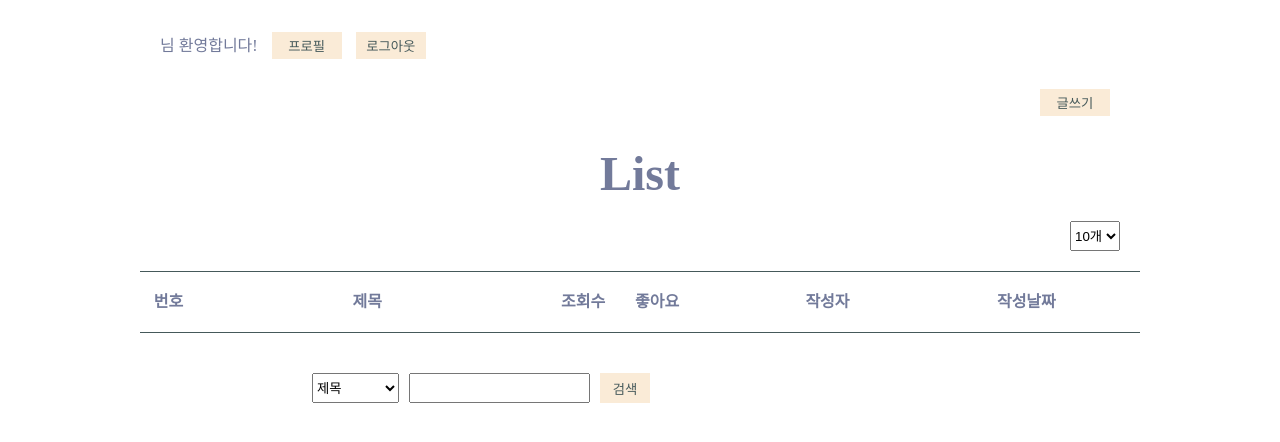
Repository: kayoyo/jsp
Page: http://localhost/BoardWeb_4/WEB-INF/jsp/board/list.jsp
An editor plug-in stored every save of this project. The page is shown before and after the next save, followed by the edit.
The browser window is 1280 px wide. The pictures show the whole page.
The page is served by Tomcat 9. Nobody is signed in. Other server files are loaded and not shown. The template is opened directly, without the code that normally fills it, so the values that code supplies are empty.

Above is the page before, as saved 2020-09-03 08:32:14.

### BoardWeb_4/WebContent/WEB-INF/jsp/board/list.jsp
<%@ page language="java" contentType="text/html; charset=UTF-8"
	pageEncoding="UTF-8"%>
<%@ page import="java.util.*"%>
<%@ page import="com.koreait.pjt.vo.BoardVO"%>
<%@ taglib uri="http://java.sun.com/jsp/jstl/core" prefix="c"%>
<!DOCTYPE html>
<html>
<head>
<meta charset="UTF-8">
<style>
* {
	margin: 0;
	padding: 0;
}

*:focus{
	outline:none;
}

a {
	text-decoration: none;
	color : #45595a;

}

.pageCnt {
	text-align: center;
	font-size: 20px;
	margin-top: 50px;

}

.container {
	width: 1000px;
	margin: 0 auto;
}

.nowP {
	color: pink;
}
.user_name { margin-top: 30px;
			margin-left: 20px;
			color : #727A9A;
}
div.user_write { display: flex;
				 justify-content: flex-end;
				 margin: 30px;
}
.logOutBtn {width: 70px; height: 27px;
			margin-left:10px;
			background-color: #faebd7;
			color: #45595a; border:none;
}
.writeBtn {width: 70px; height: 27px;
		   background-color: #faebd7;
		   color: #45595a; border:none;


}
.proBtn {width: 70px; height: 27px;
			margin-left:10px;
			background-color: #faebd7;
			color: #45595a; border:none;
}

.containerPImg {
		display: inline-block;
		width: 30px;
		height: 30px;
	    border-radius: 50%;
	    overflow: hidden;
	}

	.pImg {

		 object-fit: cover;
		  max-width:100%;
	}

#iiyo {color : pink; }

.highlight {color: red;}

.user {
		font-size : 1.5em;
		font-weight:bold;
		color: #45595a;
	}
.title {
		font-size : 3em;
		font-weight:bold;
		text-align: center;
		margin : 20px;
		color : #727A9A;
		}
#selFrm {
		display : flex;
		justify-content: flex-end;
		margin : 20px;
	}

form#searchCss { width : 500px;
				display : flex;
				justify-content: end;
				margin-top: 40px;
				margin-left: 10px;
}
select#searchCss1{ margin-right: 10px; height: 30px; }

input#searchCss2{ margin-right: 10px;}

input#searchCss3{ margin-left: 0;
				  width: 50px;
				  background-color: #faebd7;
		          color: #45595a; border:none
		          }
select.recodeCnt { height: 30px; }

table th, td {line-height : 60px;
		 		  border-collapse: collapse;
		 		  border-bottom: 1px solid #45595a;
				  border-top: 1px solid  #45595a;

}

table th {border-bottom: 1px solid #45595a;}

table { text-align: center;
	    color : #727A9A;
	    width : 1000px;
	    border-bottom: 1px solid #45595a;
		border-top: 1px solid  #45595a;
		border-collapse: collapse;
}


</style>

<title>리스트</title>
<link href="https://fonts.googleapis.com/icon?family=Material+Icons"
      rel="stylesheet">
</head>
<body>
	<div class="container">

		<div class="user_name">
		<span class="user">${loginUser.user_name}</span> 님 환영합니다!
		<a href="/profile"><button class="proBtn">프로필</button></a>
			<a href="/logout"><button class="logOutBtn">로그아웃</button></a>
		</div>
		<div class="user_write">
			<a href="/board/regmod"><button class="writeBtn">글쓰기</button></a>
		</div>
		<div class="title">List</div>
		<form id="selFrm" action="/board/list" method="get">
		<input type="hidden" name="page" value="1">
		<select name="record_cnt" onchange="changeRecord()" class="recodeCnt">
			<c:forEach begin="10" end="30" step="10" var="reItem">
				<c:choose>
					<c:when test="${recordCnt == reItem}">
						<option value="${reItem}" selected>${reItem}개</option>
					</c:when>
					<c:otherwise>
						<option value="${reItem}">${reItem}개</option>
					</c:otherwise>
				</c:choose>
			</c:forEach>
			</select>
			</form>
		<table>
			<tr>
				<th width=50>번호</th>
				<th width=300>제목</th>
				<th width=80>조회수</th>
				<th width=50>좋아요</th>
				<th width=50></th>
				<th width=150>작성자</th>
				<th width=200>작성날짜</th>
			</tr>
			<c:forEach items="${list}" var="liItem"><!--forEach items는 리스트 형태-->
				<tr onclick="moveToDetail(${liItem.i_board})">
					<td>${liItem.i_board}</td>
					<td>${liItem.title}</td>
					<td>${liItem.hits}</td>
					<td>${liItem.like_cnt}</td>
					<td>
					<div onclick="like(${liItem.like_cnt})">
			 			<c:if test = "${liItem.like_cnt == 0}">
             				<span class="material-icons" id="yadayo">thumb_up_alt</span></c:if>
			 			<c:if test = "${liItem.like_cnt == 1}">
			 				<span class="material-icons" id="iiyo">thumb_up_alt</span></c:if>
					</div>
					</td>
					<td>${liItem.user_nm}
					<div class="containerPImg">
					<c:choose>
						<c:when test="${liItem.profile_img != null}">
							<img class="pImg" src="/img/user/${liItem.i_user}/${liItem.profile_img}">
						</c:when>
						<c:otherwise>
							<img class="pImg" src="/img/default_profile.jpg">
						</c:otherwise>
						</c:choose>
						</div>
						</td>
						<td>${liItem.r_dt}</td>
				</tr>
			</c:forEach>
		</table>
			<form action="/board/list" id="searchCss">
				<select name="searchType" id="searchCss1">
					<option value="a" ${searchType == 'a' ? 'selected' : ''}>제목</option>
					<option value="b" ${searchType == 'b' ? 'selected' : ''}>내용</option>
					<option value="c" ${searchType == 'c' ? 'selected' : ''}>제목 + 내용</option>
				</select>
				<input type="search" name="searchText" value="${param.searchText}" id="searchCss2">
				<input type="submit" value="검색" id="searchCss3">
				<input type="hidden" name="record_cnt" value="${recordCnt}">
			</form>
		<div class="pageCnt">
			<c:forEach var="pItem" begin="1" end="${pagingCnt}">
				<c:choose>
					<c:when test="${pItem == page}">
						<span class="nowP">${pItem}</span>
					</c:when>
					<c:otherwise>
						<span class="page"><a href="/board/list?page=${pItem}&record_cnt=${recordCnt}&searchText=${param.searchText}&searchType=${searchType}">${pItem}</a></span>
					</c:otherwise>
				</c:choose>
			</c:forEach>
		</div>
	</div>
	<script>
	function moveToDetail(i_board){
		location.href = '/board/detail?page=${page}&record_cnt=${param.record_cnt}&searchType=${searchType}&searchText=${param.searchText}&i_board=' + i_board

	}
	function changeRecord(){
		selFrm.submit()
	}
	</script>
</body>
</html>

After the next save:
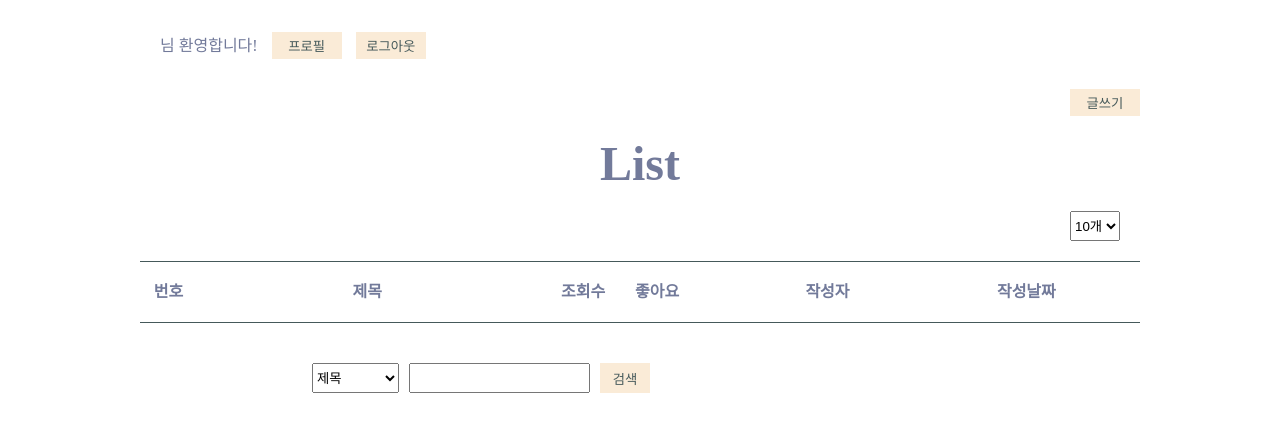
Saved 19 s later.
--- a/BoardWeb_4/WebContent/WEB-INF/jsp/board/list.jsp
+++ b/BoardWeb_4/WebContent/WEB-INF/jsp/board/list.jsp
@@ -44,7 +44,7 @@ a {
 }
 div.user_write { display: flex;
 				 justify-content: flex-end;
-				 margin: 30px;
+				 margin-top: 30px;
 }
 .logOutBtn {width: 70px; height: 27px;
 			margin-left:10px;
